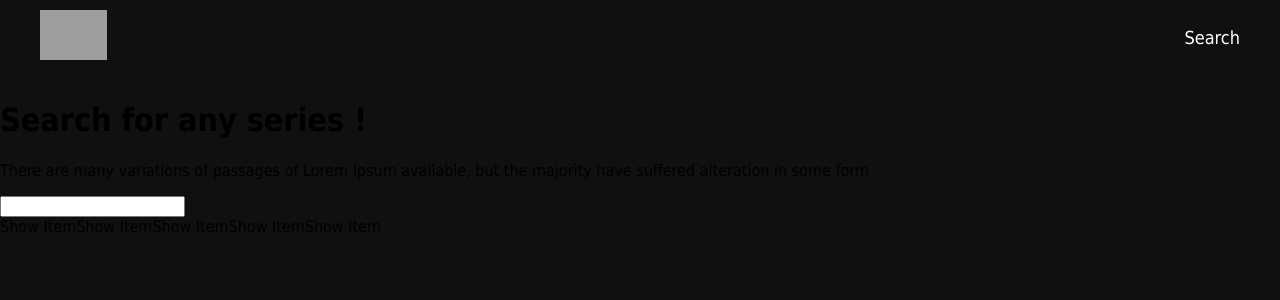
Repository: ahmedhamed15/React-Movies-App
Page: /#/search
These files come from the project's save history. The page is drawn as it stood at one moment and after the next save; the edit follows.
The browser window is 1280 px wide. The pictures show the whole page.
Pictures or frames that could not be fetched are drawn as grey boxes. The project was rebuilt for these pictures with package versions that can differ from the ones it lists, and the page was loaded fresh each time. Also part of the build but not shown: src/Pages/HomePage.js, src/Components/Shows/Show.js, src/Pages/ShowPage.js.

Above is the page before, as saved 2021-07-18 20:52:14.

After the next save:
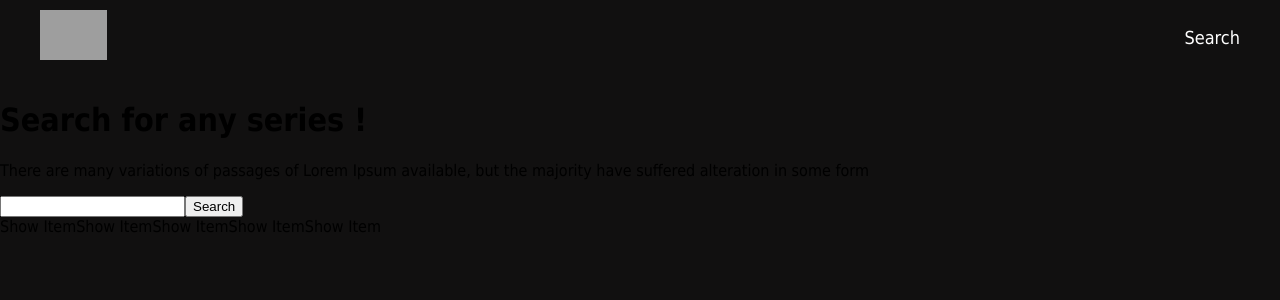
Saved 15 s later.
--- a/src/Components/Search/Search.js
+++ b/src/Components/Search/Search.js
@@ -7,6 +7,7 @@ const Search = () => {
             <p> There are many variations of passages of Lorem Ipsum available, but the majority have suffered alteration in some form </p>
             <form>
                 <input type="search" className="search-field" />
+                <button type="submit"> Search </button>
             </form>
         </div>
     )
